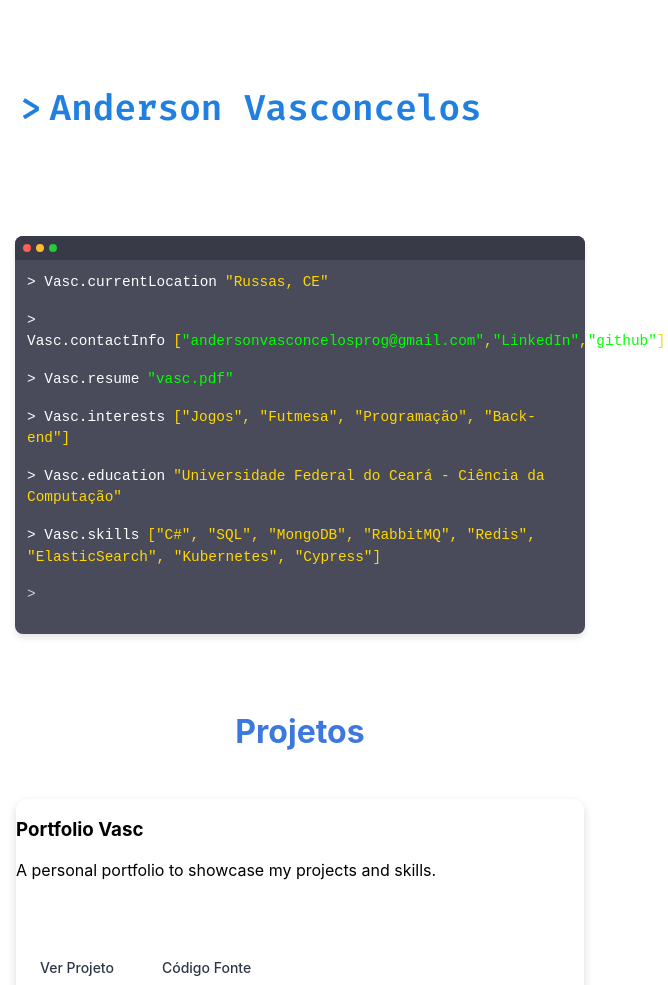
Repository: vascsx/portfolio_vascsx
Page: /
The author's editor kept a copy of each file at every save. The page is drawn from the files as they stood at one save, then again after the next save.
The browser window is 600 px wide. The page is 668 px wide, so the pictures cover 668 px, including what lies to the right of the window. The pictures show the part of the page from y = 0 to 985 px (the page is 1793 px tall before and 2636 px after).
Pictures or frames that could not be fetched are drawn as grey boxes. The project was rebuilt for these pictures with package versions that can differ from the ones it lists, and the page was loaded fresh each time.

Above is the page before, as saved 2025-03-15 14:58:25.

After the next save:
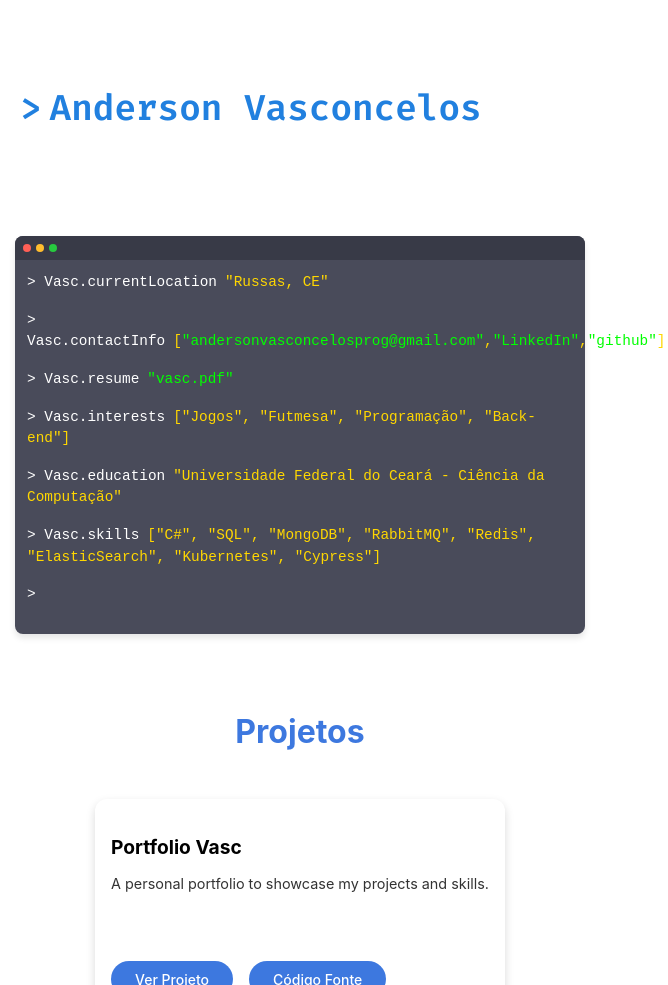
Saved 17 s later.
--- a/src/components/Projects.css
+++ b/src/components/Projects.css
@@ -21,82 +21,37 @@
 }
 
 .project-card {
-  position: relative;
+  display: flex;
+  flex-direction: row;
+  gap: 2rem;
   border-radius: 12px;
   overflow: hidden;
-  aspect-ratio: 16/9;
-  height: 220px;
-  width: 100%;
-  max-width: 400px;
+  max-width: 1200px;
   box-shadow: 0 4px 10px rgba(0, 0, 0, 0.15);
+  background-color: #fff;
 }
 
-.project-image {
-  position: relative;
-  width: 100%;
-  height: 100%;
-  background: #f5f5f5;
+.project-info {
+  width: 50%;
+  padding: 1rem;
 }
 
-.project-image img {
-  width: 100%;
-  height: 100%;
-  object-fit: cover;
-  object-position: center;
-  transition: transform 0.4s ease;
+.project-info h3 {
+  margin-bottom: 1rem;
+  font-size: 1.5rem;
 }
 
-.project-overlay {
-  position: absolute;
-  top: 0;
-  left: 0;
-  right: 0;
-  bottom: 0;
-  background: rgba(0, 0, 0, 0.8);
-  display: flex;
-  align-items: center;
-  justify-content: center;
-  opacity: 0;
-  transition: opacity 0.3s ease;
-}
-
-.project-card:hover .project-overlay {
-  opacity: 1;
-}
-
-.project-card:hover .project-image img {
-  transform: scale(1.1);
-}
-
-.project-content {
-  text-align: center;
-  color: white;
-  padding: 1.5rem;
-  transform: translateY(20px);
-  opacity: 0;
-  transition: all 0.4s ease;
-  width: 100%;
-}
-
-.project-card:hover .project-content {
-  transform: translateY(0);
-  opacity: 1;
-}
-
-.project-content h3 {
-  margin: 0 0 1.2rem;
-  font-size: 1.5rem;
-  color: white;
-  font-weight: 600;
+.project-info p {
+  margin-bottom: 1rem;
+  color: #333;
 }
 
 .tech-stack {
   display: flex;
-  justify-content: center;
+  justify-content: start;
   gap: 0.8rem;
   margin-bottom: 1.8rem;
   flex-wrap: wrap;
-  padding: 0 1rem;
 }
 
 .tech-tag {
@@ -108,11 +63,15 @@
   backdrop-filter: blur(4px);
 }
 
+.project-buttons {
+  display: flex;
+  gap: 1rem;
+}
+
 .btn-source {
-  display: inline-block;
   padding: 0.6rem 1.5rem;
-  background: white;
-  color: #2d3748;
+  background: #3d78df;
+  color: white;
   border-radius: 25px;
   text-decoration: none;
   font-size: 0.875rem;
@@ -121,31 +80,38 @@
 }
 
 .btn-source:hover {
-  background: rgba(255, 255, 255, 0.9);
+  background: rgba(61, 120, 223, 0.9);
   transform: translateY(-2px);
 }
 
+.project-video {
+  width: 50%;
+  height: 300px;
+}
 
+.project-video iframe {
+  width: 100%;
+  height: 100%;
+  border-radius: 12px;
+}
 
-
-@media (max-width: 1200px) {
-  .projects {
-    padding: 2rem 1.5rem;
+/* Responsividade */
+@media (max-width: 1024px) {
+  .projects-grid {
+    grid-template-columns: 1fr;
   }
 
   .project-card {
-    height: 200px;
-  }
-}
-
-@media (max-width: 1024px) {
-  .projects-grid {
-    grid-template-columns: repeat(2, 1fr);
-    gap: 1.5rem;
+    flex-direction: column;
   }
 
-  .project-card {
-    height: 200px;
+  .project-info {
+    width: 100%;
+  }
+
+  .project-video {
+    width: 100%;
+    height: 250px;
   }
 }
 
@@ -154,23 +120,11 @@
     padding: 2rem 1rem;
   }
 
-  .projects-grid {
-    grid-template-columns: 1fr;
-    gap: 1.5rem;
+  .project-info h3 {
+    font-size: 1.2rem;
   }
 
-  .project-card {
-    height: 220px;
-    max-width: 100%;
-  }
-
-  .project-overlay {
-    opacity: 1;
-    background: rgba(0, 0, 0, 0.7);
-  }
-
-  .project-content {
-    transform: translateY(0);
-    opacity: 1;
+  .project-info p {
+    font-size: 0.9rem;
   }
 }
